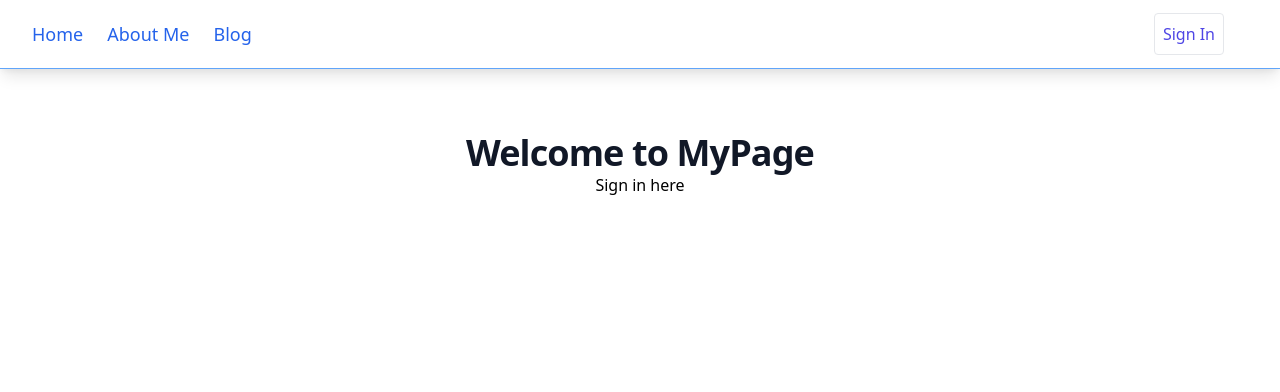
Repository: rushilramesh/portfolio-page
Page: /
The author's editor kept a copy of each file at every save. The page is drawn from the files as they stood at one save, then again after the next save.
The browser window is 1280 px wide. The pictures show the whole page.
Pictures or frames that could not be fetched are drawn as grey boxes. The project was rebuilt for these pictures with package versions that can differ from the ones it lists, and the page was loaded fresh each time. The framework's server and built-in components were replaced by stand-ins that run in the browser. Also part of the build but not shown: next.config.js.

Above is the page before, as saved 2021-05-21 01:46:14.

After the next save:
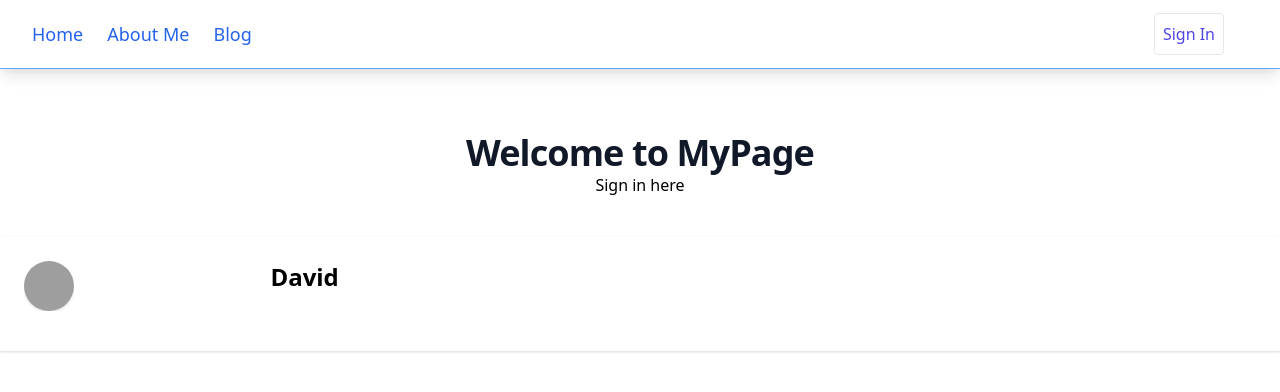
Saved 30 s later.
--- a/components/Layout.tsx
+++ b/components/Layout.tsx
@@ -1,4 +1,5 @@
 import Nav from './Nav'
+import Footer from './Footer'
 import utilStyles from '../styles/utils.module.css'
 import Link from 'next/link'
 
@@ -9,16 +10,9 @@ const Layout = ({children, loggedIn} : {children: React.ReactNode, loggedIn?: bo
         <div className="container mx-auto text-center">
             <main>{children}</main>
         </div>
+        <Footer />
         </>
     )
 }
 
 export default Layout;
-
-// {blog && (
-//     <div className="mt-12">
-//     <Link href="/">
-//         <a>← Back to home</a>
-//     </Link>
-//     </div>
-// )}
